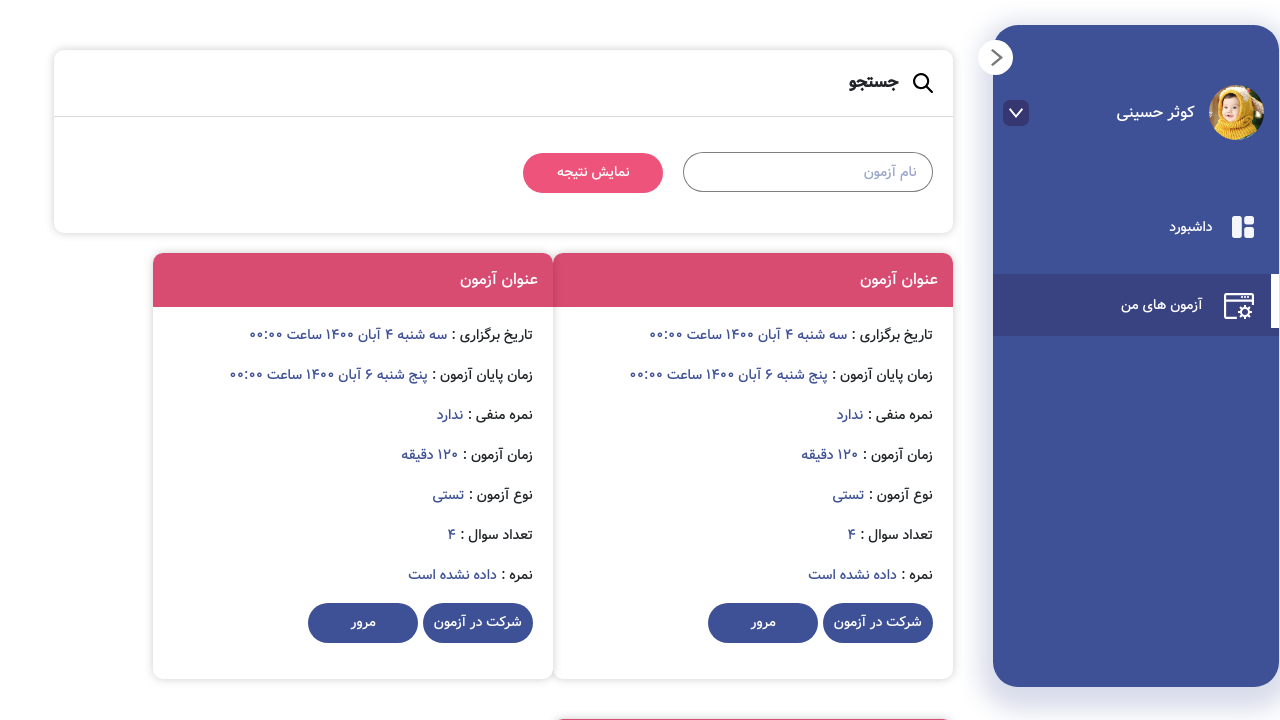
Repository: kosar78/quiz-online
Page: student-panel-myquiz.html
An editor plug-in stored every save of this project. The page is shown before and after the next save, followed by the edit.
The browser window is 1280 px wide. The pictures show the whole page.
The page's requests for data from a server got no answer. An inner scrolling area shows only its first screen.

Above is the page before, as saved 2022-01-09 15:09:16.

After the next save:
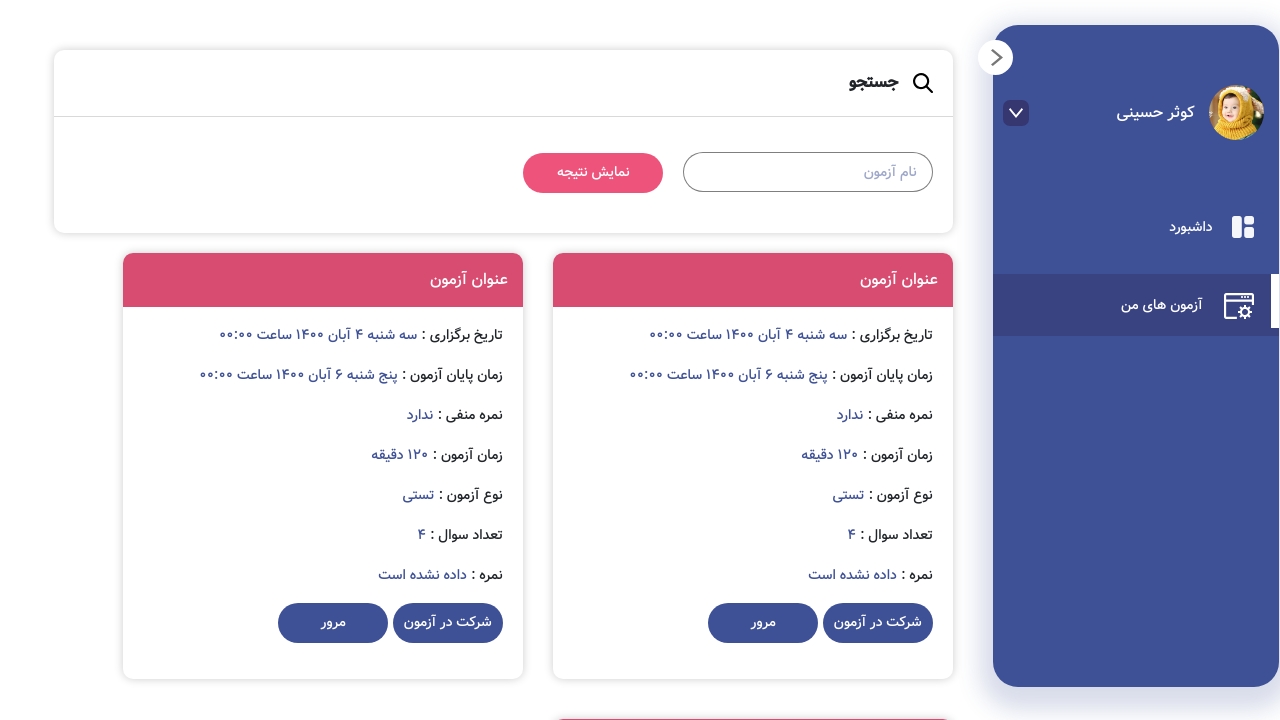
Saved 2 min 44 s later.
--- a/css/studnet-panel-myquiz.css
+++ b/css/studnet-panel-myquiz.css
@@ -20,6 +20,7 @@
     position: relative;
     margin: 20px 0;
     position: relative;
+    margin-left: 30px;
 }
 .line{
     height: 1px;
